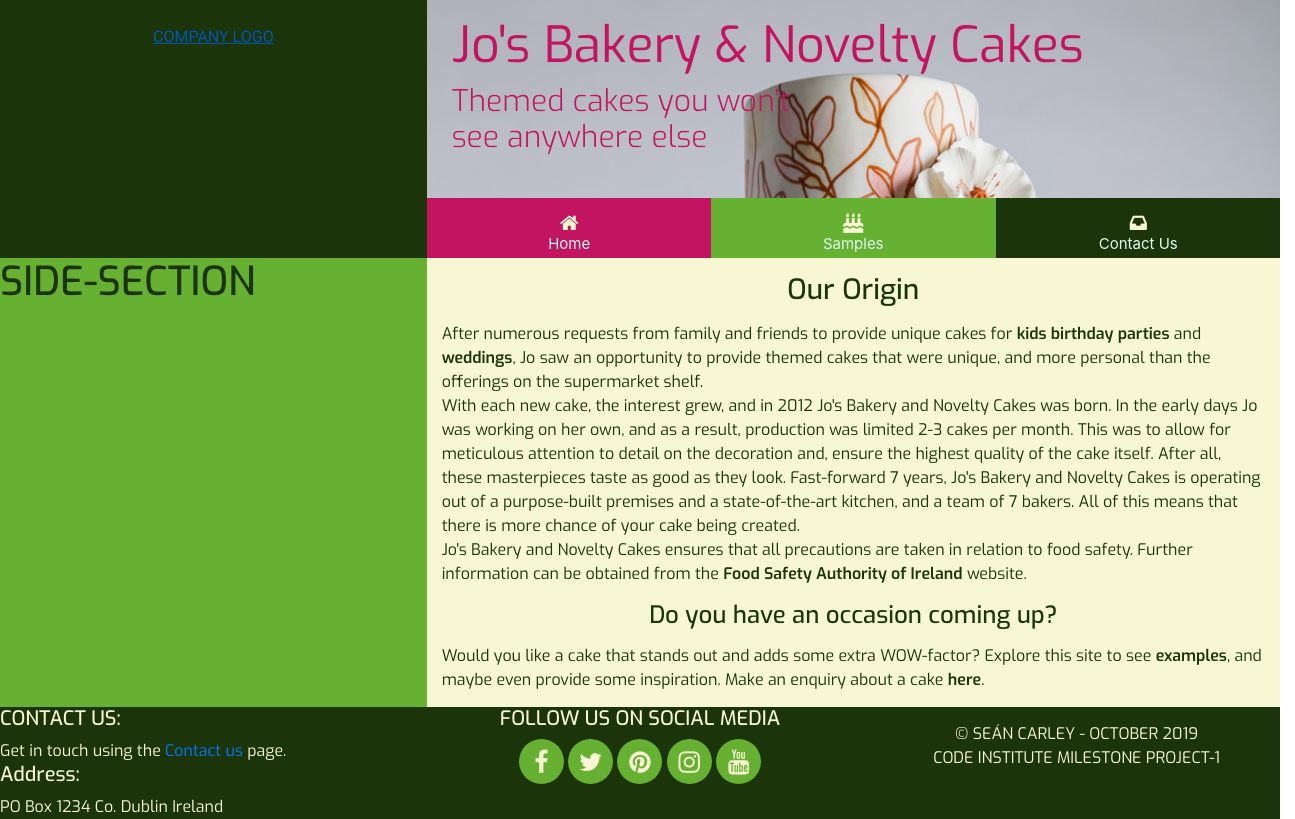
Repository: seanjcarley/Milestone1
Page: index.html
The author's editor kept a record of every edit. The page is drawn from the files as they stood at one moment, then again after the next edit.
The browser window is 1280 px wide. The page is 1295 px wide, so the pictures cover 1295 px, including what lies to the right of the window. The pictures show the whole page.

Above is the page before.

After the next edit:
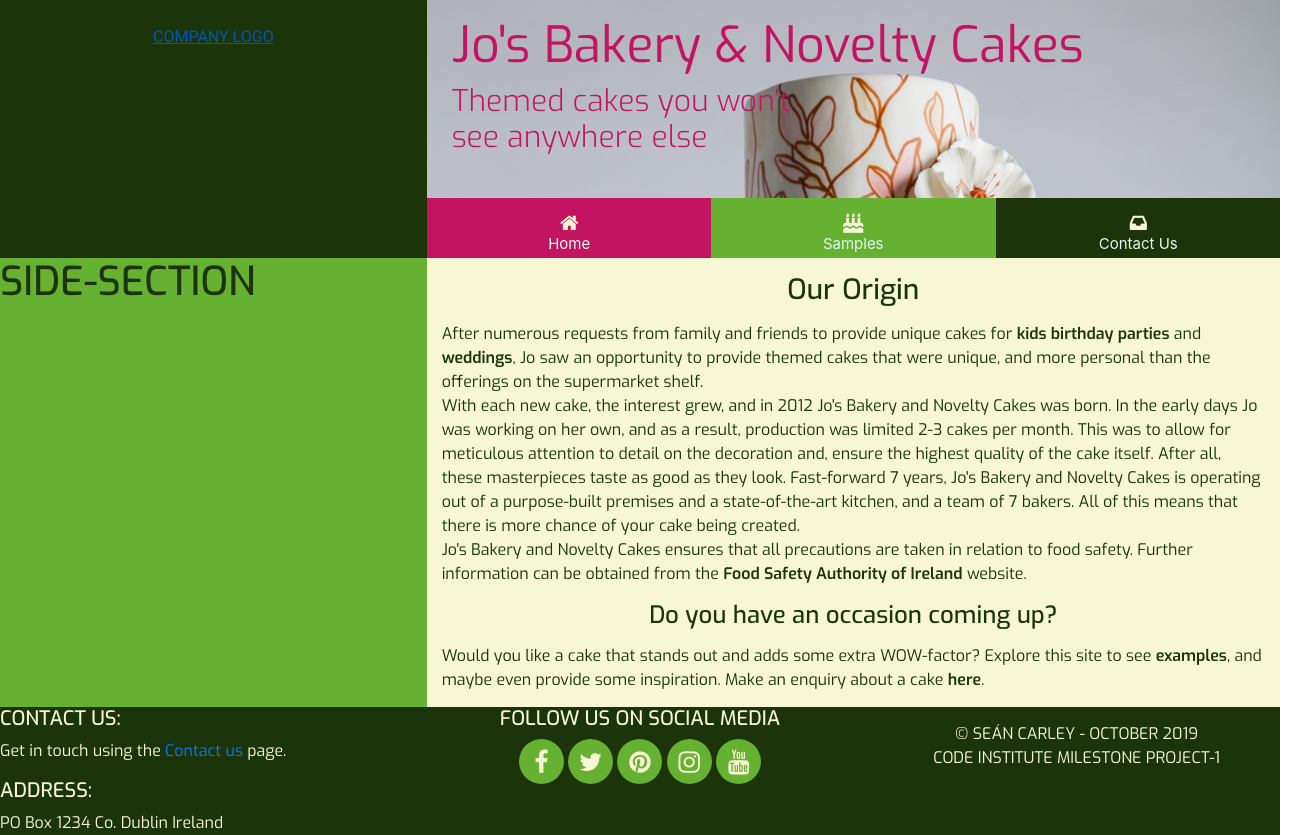
The edit:
--- a/index.html
+++ b/index.html
@@ -89,8 +89,8 @@
             <div class="col-md-4">
                 <!--<h1>FOOTER1</h1>-->
                 <h5 class="uppercase">Contact us: </h5>
-                Get in touch using the <a href="contact.html">Contact us</a> page.
-                <h5>Address: </h5>
+                <p class="footer-text">Get in touch using the <a href="contact.html">Contact us</a> page.</p>
+                <h5 class="uppercase">Address: </h5>
                 PO Box 1234
                 Co. Dublin
                 Ireland
